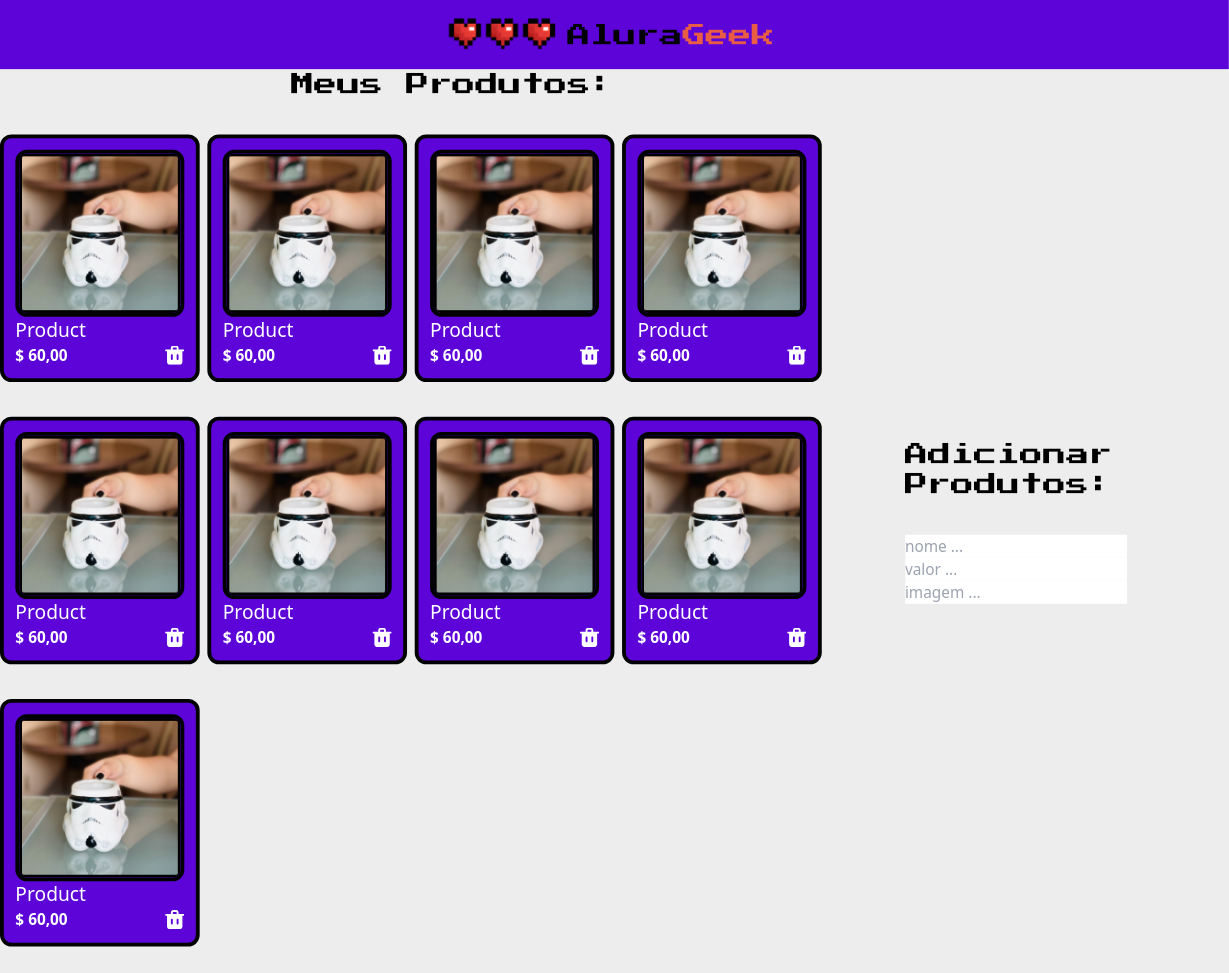
Repository: guilhermecardoso93/alura-geek
Page: /
The author's editor kept a copy of each file at every save. The page is drawn from the files as they stood at one save, then again after the next save.
The browser window is 1280 px wide. The pictures show the whole page, at 96% of full size.
The project was rebuilt for these pictures with package versions that can differ from the ones it lists, and the page was loaded fresh each time. Also part of the build but not shown: vite.config.js.

Above is the page before, as saved 2024-05-11 18:58:52.

After the next save:
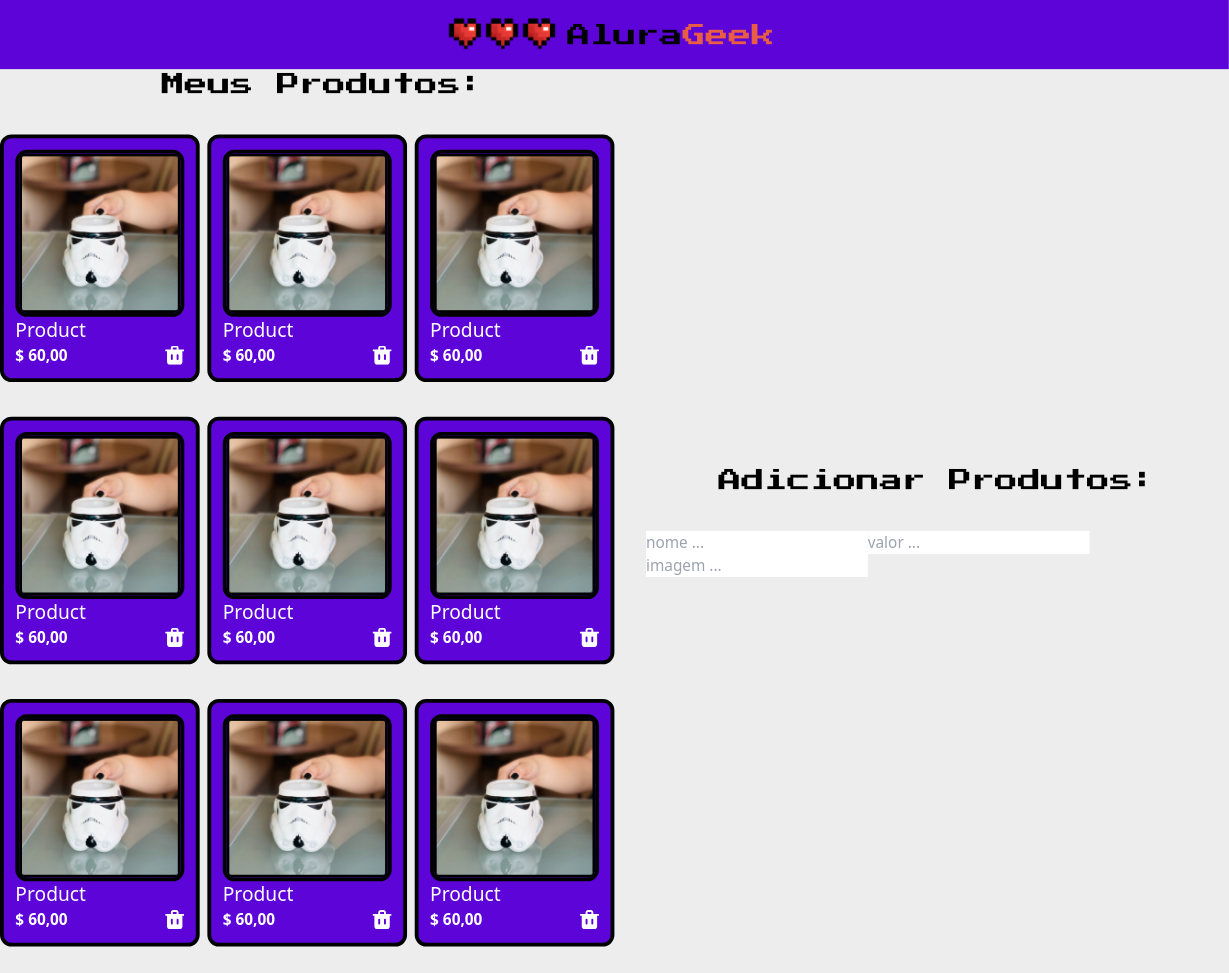
Saved 18 s later.
--- a/src/components/products.jsx
+++ b/src/components/products.jsx
@@ -3,7 +3,7 @@
 
 export function Products() {
   return (
-    <div className="flex flex-col gap-9 items-center justify-center">
+    <div className="flex flex-col gap-9 items-center justify-center w-[768px]">
       <h2 className="font-['Press_Start_2P'] font-normal  text-2xl">
         Meus Produtos:
       </h2>
